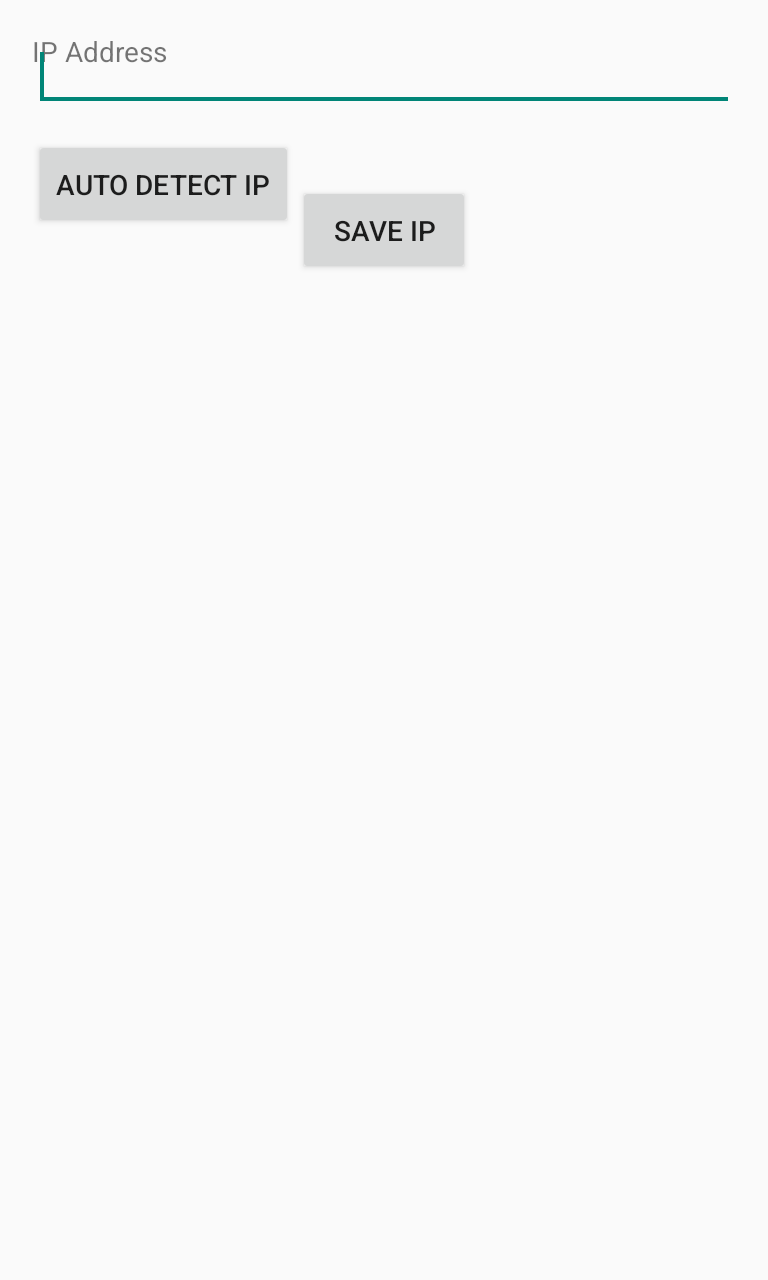
Repository: mariusz-pazur/android
Layout: HomeAtionClient/res/layout/fragment_settings.xml
An editor plug-in stored every save of this project. The layout is shown before and after the next save, followed by the edit.
It is drawn on a 768 x 1280 px phone screen (xhdpi) without system bars, with theme AppTheme; the app's code is not run.

Above is the layout before, as saved 2014-06-06 09:26:32.

After the next save:
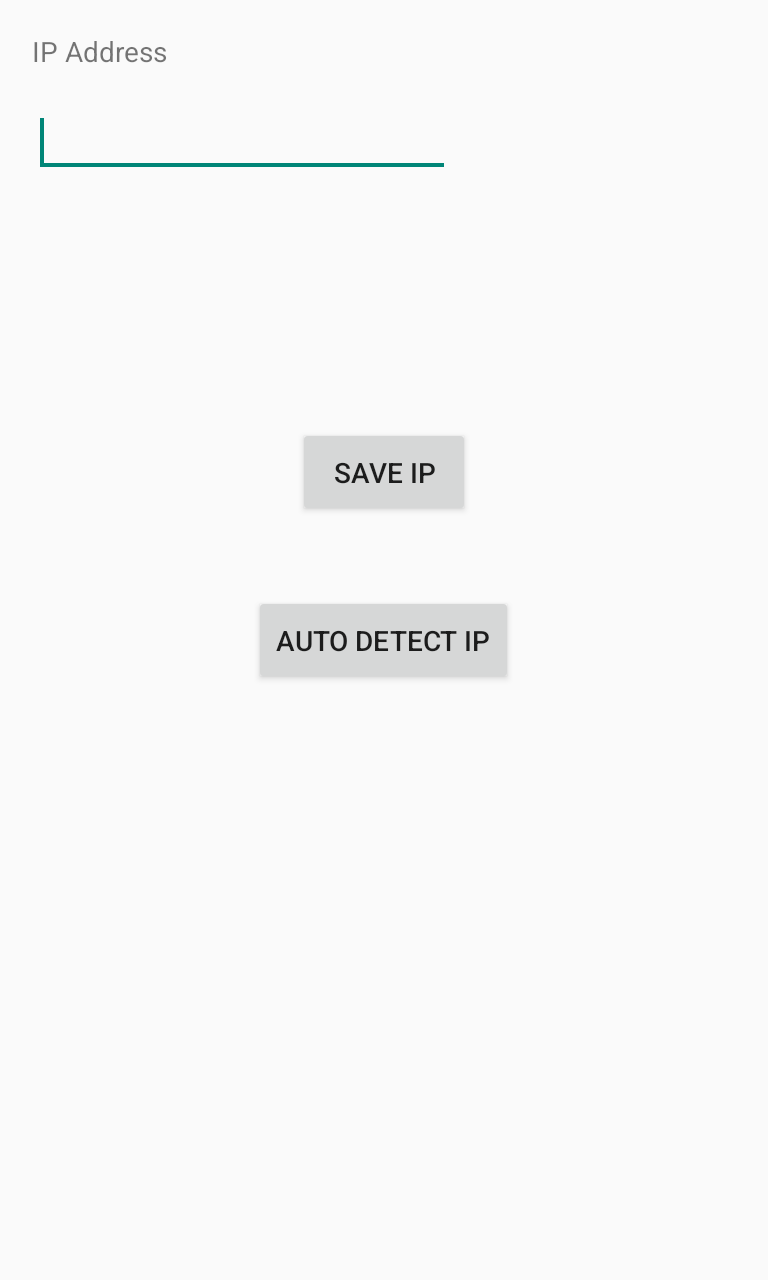
Saved 72 s later.
--- a/HomeAtionClient/res/layout/fragment_settings.xml
+++ b/HomeAtionClient/res/layout/fragment_settings.xml
@@ -18,8 +18,9 @@
         android:id="@+id/editText_ipaddress"
         android:layout_width="wrap_content"
         android:layout_height="wrap_content"
-        android:layout_alignParentLeft="true"
-        android:layout_alignParentRight="true"
+        android:layout_alignLeft="@+id/label_ipaddress"
+        android:layout_below="@+id/label_ipaddress"
+        android:layout_marginTop="14dp"
         android:ems="10"
         android:inputType="text" >
 
@@ -27,18 +28,20 @@
     </EditText>
 
     <Button
+        android:id="@+id/button_autodetect1"
+        android:layout_width="wrap_content"
+        android:layout_height="wrap_content"
+        android:layout_centerHorizontal="true"
+        android:layout_centerVertical="true"
+        android:text="@string/button_autodetect" />
+
+    <Button
         android:id="@+id/button_savesettings"
         android:layout_width="wrap_content"
         android:layout_height="wrap_content"
+        android:layout_above="@+id/button_autodetect1"
         android:layout_centerHorizontal="true"
-        android:layout_marginTop="75dp"
+        android:layout_marginBottom="36dp"
         android:text="@string/button_savesettings" />
 
-    <Button
-        android:id="@+id/button_autodetect1"
-        android:layout_width="wrap_content"
-        android:layout_height="wrap_content"
-        android:layout_marginTop="52dp"
-        android:text="@string/button_autodetect" />
-
 </RelativeLayout>
